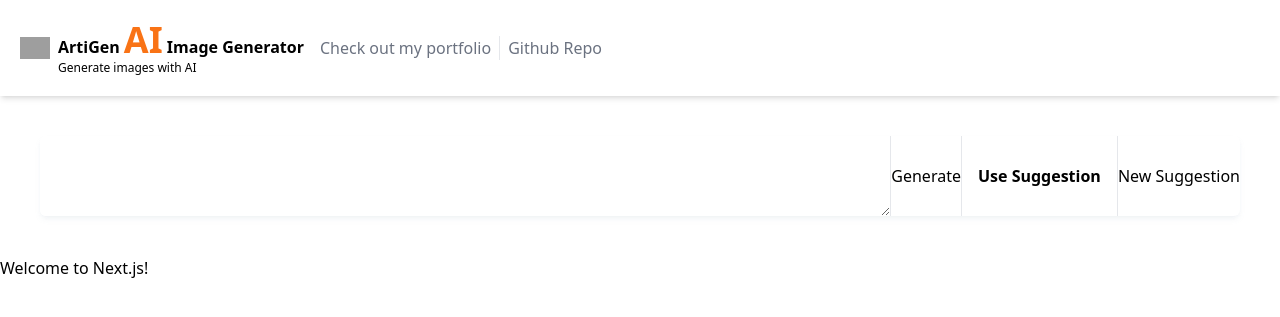
Repository: AlgoHussle/image-generator
Page: /
These files come from the project's save history. The page is drawn as it stood at one moment and after the next save; the edit follows.
The browser window is 1280 px wide. The pictures show the whole page.
Pictures or frames that could not be fetched are drawn as grey boxes. The project was rebuilt for these pictures with package versions that can differ from the ones it lists, and the page was loaded fresh each time. The framework's server and built-in components were replaced by stand-ins that run in the browser. Also part of the build but not shown: next.config.js.

Above is the page before, as saved 2023-04-26 13:33:59.

### app/layout.tsx
import Header from '@/components/Header'
import PromptInput from '@/components/PromptInput'

import '../styles/globals.css'



export const metadata = {
  title: 'Create Next App',
  description: 'Generated by create next app',
}

export default function RootLayout({
  children,
}: {
  children: React.ReactNode
}) {
  return (
    <html lang="en">
      <body className="">
        <Header />

        {/* Prompt Input */}
        <PromptInput />

        {children}
      </body>
    </html>
  )
}

### app/page.tsx


export default function Home() {
  return (
    <main className="">
      <h1 className="">Welcome to Next.js!</h1>
    </main>
  )
}

### components/Header.tsx
import Image from "next/image"
import logo from "app/logo.png" ;
import Link from "next/link";

function Header() {
  return (
    <header className="flex p-5 justify-between sticky top-0 bg-white z-50 shadow-md">
        {/* Left */}
        <div className="flex space-x-2 items-center">
            <Image
                src="https://links.papareact.com/4t3"
                width={30}
                height={30}
                alt="logo"

            />

            <div>
                <h1 className="font-bold">
                    ArtiGen <span className="text-4xl text-orange-500">AI</span> Image Generator
                </h1>
                <h2 className="text-xs">
                    Generate images with AI
                </h2>
            </div>
            {/* Right*/}
            <div className="flex text-sm md:text-base divide-x items-center text-gray-500">
                <Link
                href="https://mikepage.vercel.app/"
                className="px-2 font-light text-right"
                >
                Check out my portfolio
                </Link>
                <Link
                href="https://github.com/AlgoHussle/image-generator"
                className="px-2 font-light text-right"
                >
                Github Repo
                </Link>
            </div>
        </div>
    </header>
  )
}

export default Header

### components/PromptInput.tsx

function PromptInput() {
  return (
    <div className="m-10">
        <form className="flex flex-col lg:flex-row shadow-md shadow-slate-400/10 rounded-md lg:divide-x">
            <textarea className="flex-1 p-4 outline-none rounded-md" />
            <button
                className=""
            >
                Generate
            </button>
            <button
                className="p-4 bg-orange-500text-white transition-colors duration-200 font-bold
                disabled:text-gray-300 disabled:cursor-not-allowed disabled:bg-gray-400"
                >
                    Use Suggestion
            </button>
            <button>New Suggestion</button>
        </form>
    </div>
  )
}

export default PromptInput

### tailwind.config.js
/** @type {import('tailwindcss').Config} */
module.exports = {
  content: [
    './pages/**/*.{js,ts,jsx,tsx,mdx}',
    './components/**/*.{js,ts,jsx,tsx,mdx}',
    './app/**/*.{js,ts,jsx,tsx,mdx}',
  ],
  theme: {
    extend: {
      backgroundImage: {
        'gradient-radial': 'radial-gradient(var(--tw-gradient-stops))',
        'gradient-conic': 'conic-gradient(from 180deg at 50% 50%, var(--tw-gradient-stops))',
        'linear-gradient': 'linear-gradient(to right, rgb(134, 239, 172), rgb(59, 130, 246), rgb(147, 51, 234))',
      },
    },
  },
  plugins: [],
}

Loaded but not shown: styles/globals.css (common file)

After the next save:
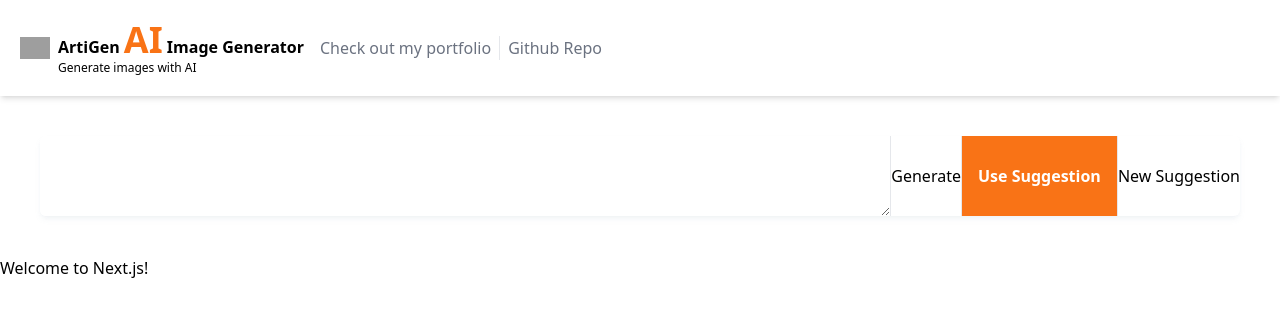
Saved 12 s later.
--- a/components/PromptInput.tsx
+++ b/components/PromptInput.tsx
@@ -10,7 +10,7 @@ function PromptInput() {
                 Generate
             </button>
             <button
-                className="p-4 bg-orange-500text-white transition-colors duration-200 font-bold
+                className="p-4 bg-orange-500 text-white transition-colors duration-200 font-bold
                 disabled:text-gray-300 disabled:cursor-not-allowed disabled:bg-gray-400"
                 >
                     Use Suggestion
